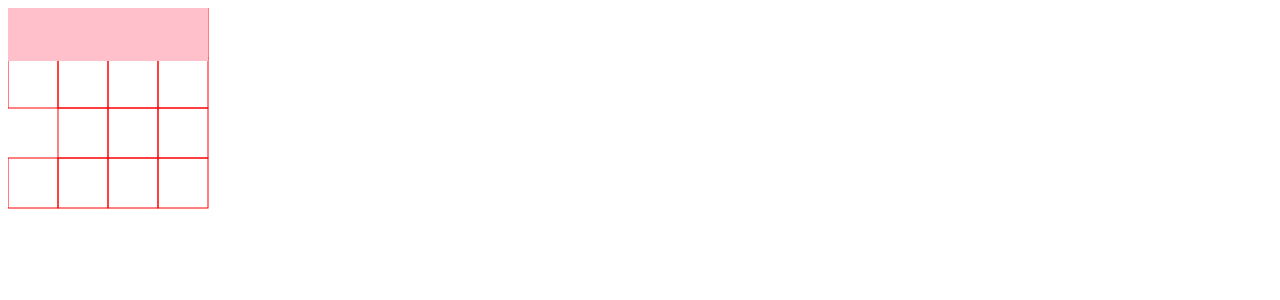
Repository: JIHYEONHE/doit
Page: FAST_ZZANG/static/canvas3.html
The author's editor kept a copy of each file at every save. The page is drawn from the files as they stood at one save, then again after the next save.
The browser window is 1280 px wide. The pictures show the whole page.

Above is the page before, as saved 2022-10-18 01:36:45.

### FAST_ZZANG/static/canvas3.html
<!DOCTYPE html>
<html>
<head>
<meta charset="UTF-8">
<title>Insert title here</title>
<script type="text/javascript">
var cvr2D = [
	   [1,0,1,0],
	   [1,1,1,0],
	   [0,0,0,1],
	   [1,1,0,0]
	];

function myinit(){
    const c = document.getElementById('mycan');
    // 2. 2d모드의 그리기 객체를 취득한다. => 이 객체를 통해 canvas에 그림을 그릴 수 있다.
    const ctx = c.getContext("2d");

    for(var i=0; i<4; i++){ //i는 y
		for(var j=0; j<4; j++){
		    if(cvr2D[i][j]==1&&i==0){
			    ctx.fillStyle = 'pink';
			    ctx.fillRect(j*50,i, 50, 50);
		    }else{
		        ctx.strokeStyle = 'red';
		        ctx.strokeRect(i*50, j*50, 50, 50);

		    }
		}
	}

    for(var i=0; i<4; i++){ //i는 y
		for(var j=0; j<4; j++){
			    ctx.fillStyle = 'pink';
			    ctx.fillRect(j*50,i, 50, 50);
		}
    }
}

</script>
</head>
<body onload="myinit()">

<canvas id="mycan" width="400px" height="400px">

</canvas>

</body>
</html>

After the next save:
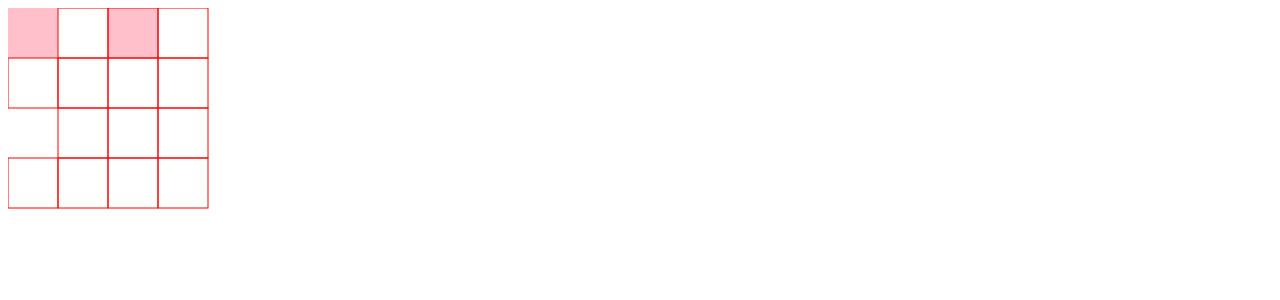
Saved 4 s later.
--- a/FAST_ZZANG/static/canvas3.html
+++ b/FAST_ZZANG/static/canvas3.html
@@ -29,12 +29,12 @@
 		}
 	}
 
-    for(var i=0; i<4; i++){ //i는 y
-		for(var j=0; j<4; j++){
-			    ctx.fillStyle = 'pink';
-			    ctx.fillRect(j*50,i, 50, 50);
-		}
-    }
+//     for(var i=0; i<4; i++){ //i는 y
+// 		for(var j=0; j<4; j++){
+// 			    ctx.fillStyle = 'pink';
+// 			    ctx.fillRect(j*50,i, 50, 50);
+// 		}
+//     }
 }
 
 </script>
